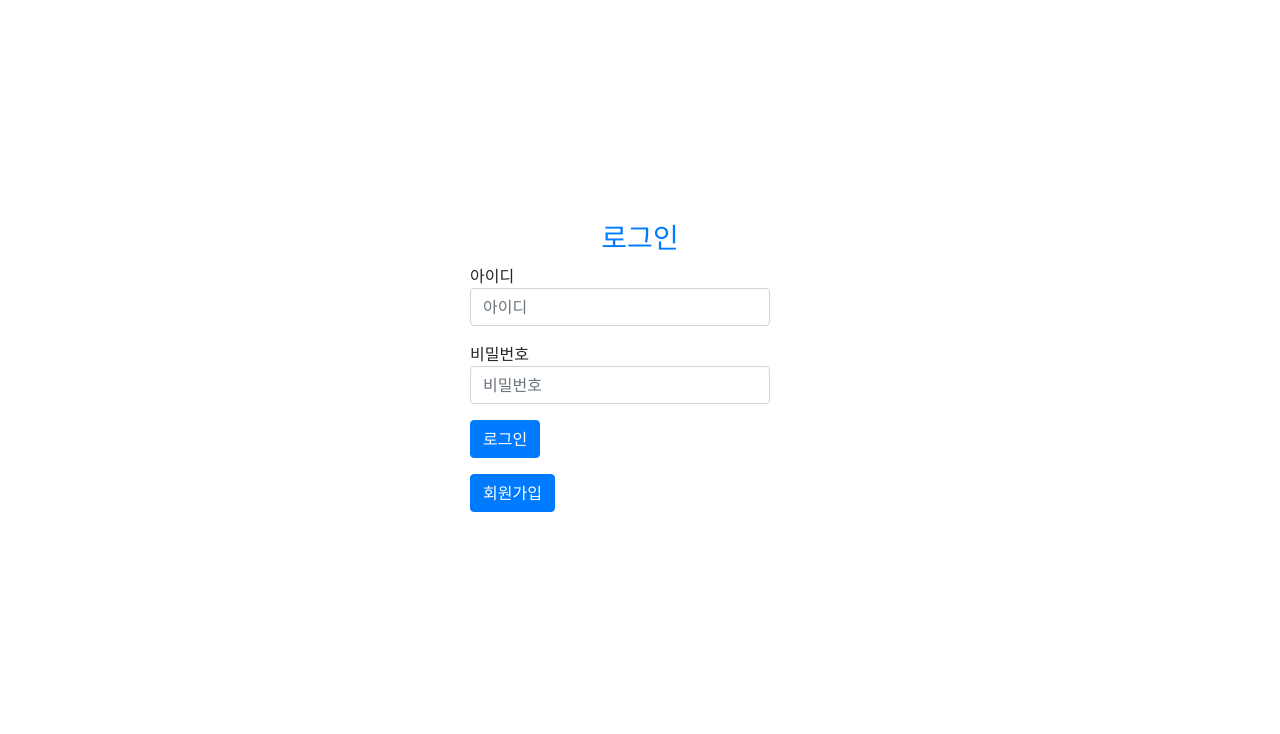
Repository: Seongjoo-Shin/webServer
Page: http://localhost/project/project/login.jsp
The author's editor kept a copy of each file at every save. The page is drawn from the files as they stood at one save, then again after the next save.
The browser window is 1280 px wide. The pictures show the whole page.
The page is served by Tomcat 9.

Above is the page before, as saved 2021-06-14 05:23:49.

After the next save:
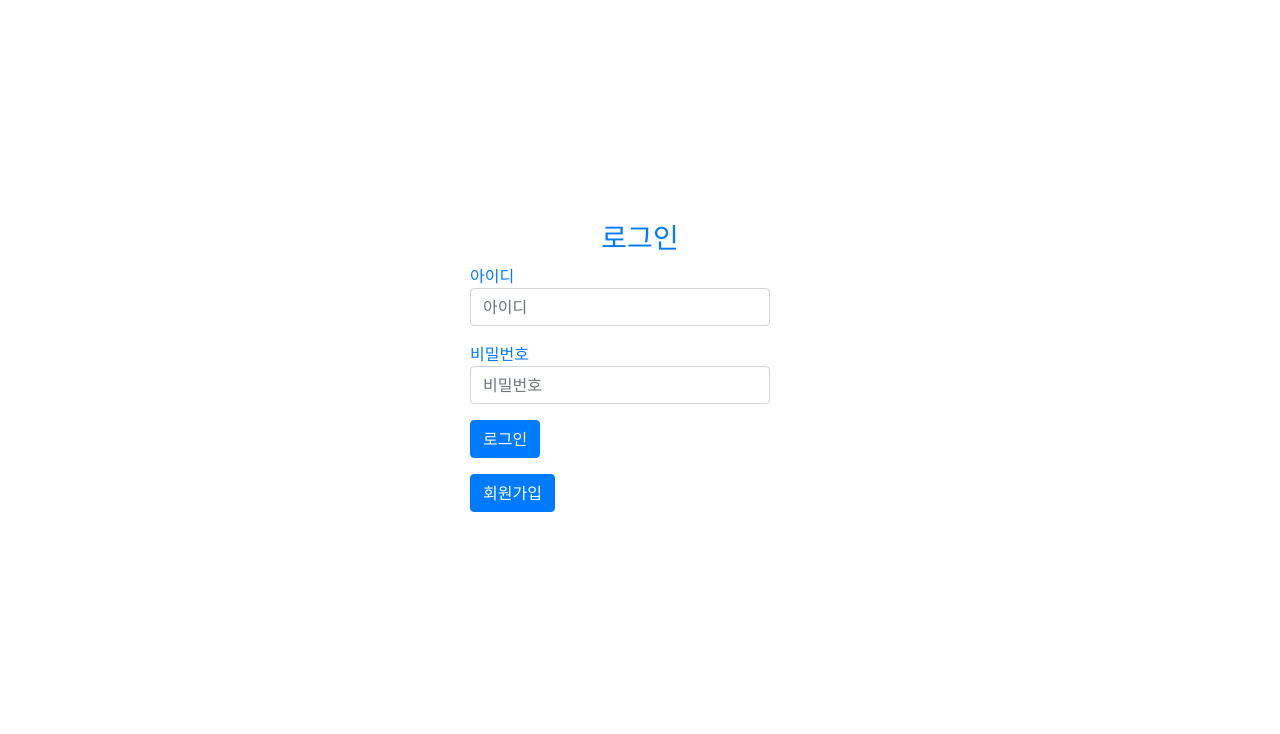
Saved 20 s later.
--- a/20165514_신성주_웹서버구축_프로젝트_소스코드/project/WebContent/project/login.jsp
+++ b/20165514_신성주_웹서버구축_프로젝트_소스코드/project/WebContent/project/login.jsp
@@ -12,8 +12,8 @@
 		<div class="col-sm-4" style="margin:20% auto; border=solid 1;">
 		<h3 class="text-center text-primary">로그인</h3>
 		<form method="post" action="login_process.jsp">
-			<p>아이디<input type="text" name="user_id" class="form-control" placeholder="아이디" style="width:300px;"></p>
-			<p>비밀번호<input type="password" name="user_pwd" class="form-control" placeholder="비밀번호" style="width:300px;"></p>
+			<p class="text-primary">아이디<input type="text" name="user_id" class="form-control" placeholder="아이디" style="width:300px;"></p>
+			<p class="text-primary">비밀번호<input type="password" name="user_pwd" class="form-control" placeholder="비밀번호" style="width:300px;"></p>
 			<p><input type="submit" class="btn btn-primary" value="로그인"></p>
 			<p><a href="register.jsp" class="btn btn-primary">회원가입</a>
 		</form>
